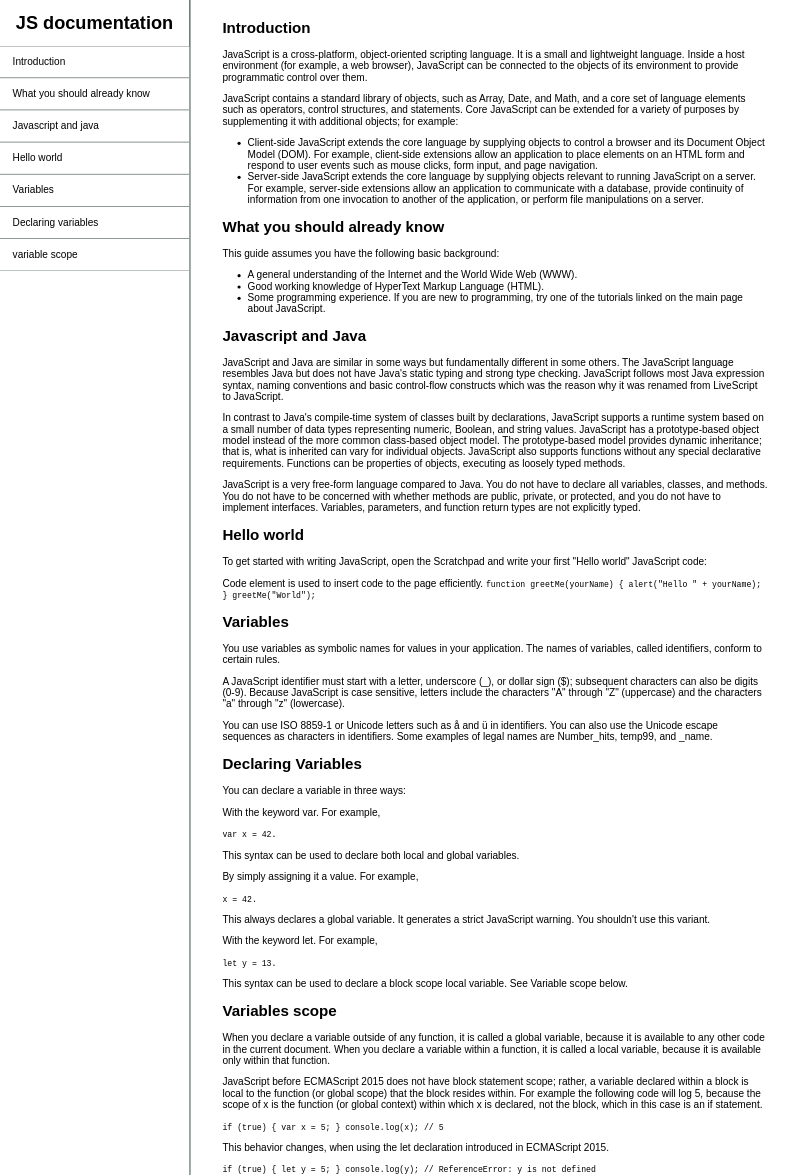
Repository: Pafestivo/Technical-documentation
Page: index.html
The author's editor kept a copy of each file at every save. The page is drawn from the files as they stood at one save, then again after the next save.
The browser window is 1280 px wide. The pictures show the whole page, at 63% of full size.

Above is the page before, as saved 2022-09-07 13:57:57.

After the next save:
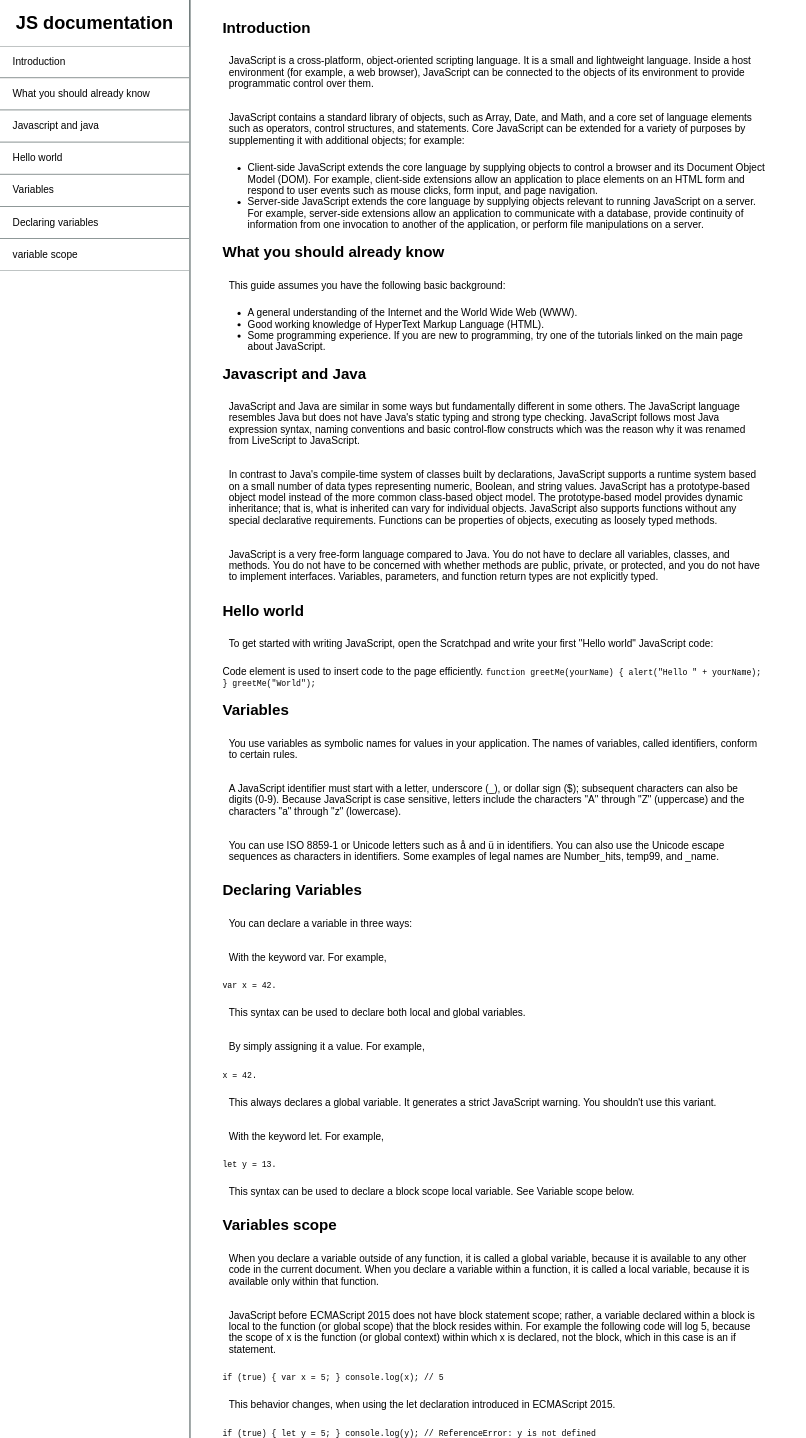
Saved 17 s later.
--- a/styles.css
+++ b/styles.css
@@ -66,4 +66,8 @@ body {
   padding-left: 50px;
   padding-right: 60px;
 }
+
+p {
+  padding: 10px;
+}
 /* Main area end */
